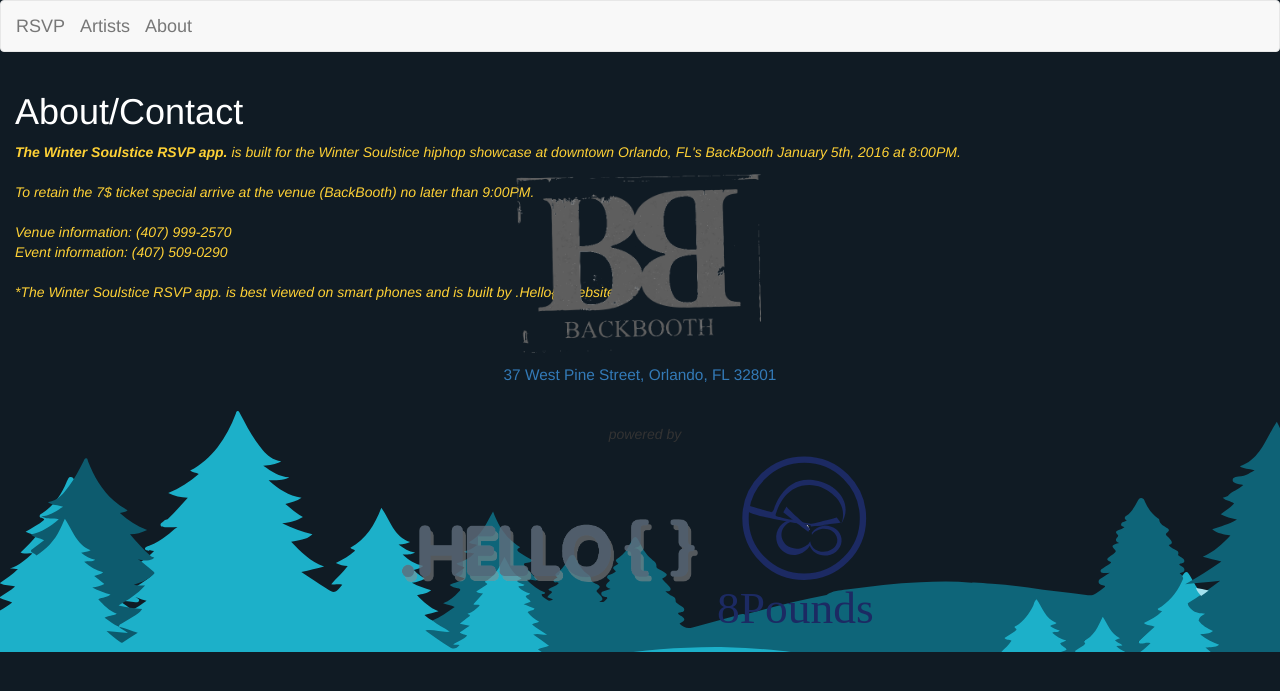
Repository: ptlergo/winter-soulstice
Page: http://localhost/about.php
The author's editor kept a record of every edit. The page is drawn from the files as they stood at one moment, then again after the next edit.
The browser window is 1280 px wide. The pictures show the whole page.
Some web libraries are served in a nearby version. The page is run by PHP 8.4 with error messages shown; the project is at /var/www/html/.

Above is the page before.

### about.php
<!---
	Editor: Patrick Tunga-Lergo
	A .Hello{} Website
	Wintersoulstice
-->

<!DOCTYPE html>
<html lang="en">
	<head>
	  <title>About/Contact Page</title>
	  <?php include 'head.php'; ?>
	</head>

	<body>
		<?php include 'navbar.php'; ?>

		<div class="container-fluid">
			<h1>About/Contact</h1>
			<div><i>
			   <b>The Winter Soulstice RSVP app.</b> is built for the Winter Soulstice hiphop showcase at downtown Orlando, FL's BackBooth
			   January 5th, 2016 at 8:00PM.
			</i></div>
			<br>
			<div><i>
			   To retain the 7$ ticket special arrive at the venue (BackBooth) no later than 9:00PM.
			</i></div>
			<br>
			<div><i>
			   Venue information: (407) 999-2570
			   <br>
			   Event information: (407) 509-0290
			   <br>
			</i></div>
			<br>

			 <div><i>
			   *The Winter Soulstice RSVP app. is best viewed on smart phones and is built by .Hello{} Websites.
			 </i></div>

		</div>

		<?php include 'footer.php'; ?>
    </body>

</html>

### head.php
	  <meta charset="utf-8"/>
	  <meta name="title" content="Winter Soulstice Concert Exclusive RSVPs"/>
	  <meta name="description" content="App. for limited VIP tickets reservations for Winter Soulstice concert at BackBooth."/>
	  <meta/>
	  <meta/>
	  <meta name="viewport" content="width=device-width, initial-scale=1"/>
	  <link rel="image_src" href="../images/ws-favicon.png" />
	  <link rel="stylesheet" href="https://maxcdn.bootstrapcdn.com/bootstrap/3.3.6/css/bootstrap.min.css"/>
	  <link rel="stylesheet" type="text/css" href="../public/css/main.css"/>
	  <script src="https://ajax.googleapis.com/ajax/libs/jquery/1.11.3/jquery.min.js"></script>
	  <script src="http://maxcdn.bootstrapcdn.com/bootstrap/3.3.5/js/bootstrap.min.js"></script>

### navbar.php
		<nav class="navbar navbar-default">
		  <div class="container-fluid">
		    <div class="navbar-header" >
		      <a class="navbar-brand" href="index.php">RSVP</a>
		      <a class="navbar-brand" href="artistspage.php">Artists</a>
		      <a class="navbar-brand" href="about.php">About</a>
		    </div>
		  </div>
		</nav>

### footer.php
			<div class="footer">
				<div class="col-xs-12 col-md-12 f-content">

					<div class="col-xs-10 col-xs-offset-1" style="text-align: center; font-size: 1.1em;">
						<a href="http://backbooth.com/about.php"><img src="images/bbooth.png" alt="bbooth-logo"></img></a>
						<br>
						<a href="https://www.google.com/maps/place/37+W+Pine+St,+Orlando,+FL+32801/@28.5412822,-81.3831335,17z/data=!3m1!4b1!4m2!3m1!1s0x88e77affb29cf695:0x3f4b8030377cb104?hl=en">
							            37 West Pine Street, Orlando, FL 32801</a>
					</div>

					<div class="col-xs-12 col-sm-12 col-md-12" style="text-align: center; margin-top: 3%; margin-bottom:0; padding-bottom:0; ">
						<p style="font-style: italic">powered by<p>
						<a href="#"><img src="images/hello-logo.png" alt="hello-logo"></img></a>&nbsp;&nbsp;&nbsp;
						<a href="https://www.instagram.com/eightpounds/"><img src="images/8lb-avatar.svg" alt="hello-logo" width="15%"></img></a>
					</div>
				</div>
			</div>

### public/css/main.css
/*	Editor: Patrick Tunga-Lergo
	A .Hello{} Website
	Wintersoulstice
*/

/*.modal-dialog {*/
/*    width: 400px;*/
/*}*/

.form-horizontal
{
    margin-top: 1%;
}

.input-md, .input-lg
{
    margin-bottom: 7%;
    border: solid 5px #969696;

}

h1, h2{color: #ffffff;}

i
{
    color: #fed136;
}

h4
{
    margin-top: 10%;
    margin-bottom: 10%;
}

.tickets-select
{
    margin-bottom:10%;
    size: 30%;
    color: white;
}

p
{
    padding-left: 10px;
}

body
{
    background: #101b24;

}
img[alt="title"]
{
    width: 100%;
    margin-top:15%;
    margin-bottom:0%;
}

img[alt="bbooth-logo"]
{
    max-width: 25%;
}

img[alt="hello-logo"]
{
    max-width: 25%;
    margin-top:0%;
    padding-top: 0%;
}

img[alt="8lb-logo"]
{
    max-width: 25%;
    width: 10%;
    margin-top:0%;
    padding-top: 0%;
}

header
{
    margin-bottom:10%;
}

.footer
{
    background: url('/images/winter-footer.svg');
    background-size: 100%;
    position:relative;
    height: 350px;
    background-repeat:no-repeat;
}

.f-content
{
    position: absolute;
    bottom:0px;

}

/*SNOW ANIMATION*/
#snowflakeContainer {
    position: absolute;
    left: 0px;
    top: 0px;

}
@media screen and (min-width: 768px) {
  /*DESKTOP CENTERED*/
  #snowflakeContainer {
      position: absolute;
      margin: 0 auto;
      left: 15%;
      top: 0px;
      width: 30%;
      right: 15%;
  }
}
.snowflake {
    padding-left: 15px;
    font-family: Cambria, Georgia, serif;
    font-size: 4px;
    line-height: 24px;
    position: fixed;
    color: #FFFFFF;
    user-select: none;
    z-index: -1000;
}
.snowflake:hover {
    cursor: default;
}

### images/8lb-avatar.svg
<?xml version="1.0" encoding="utf-8"?>
<!-- Generator: Adobe Illustrator 21.0.0, SVG Export Plug-In . SVG Version: 6.00 Build 0)  -->
<svg version="1.1" xmlns="http://www.w3.org/2000/svg" xmlns:xlink="http://www.w3.org/1999/xlink" x="0px" y="0px"
	 viewBox="0 0 192.1 198.9" style="enable-background:new 0 0 192.1 198.9;" xml:space="preserve">
<style type="text/css">
	.st0{enable-background:new    ;}
	.st1{fill:#FFFFFF;}
	.st2{fill:none;stroke:#FFFFFF;stroke-width:6.7432;stroke-miterlimit:10;}
	.st3{fill:#494949;stroke:#FFFFFF;stroke-width:0.5619;stroke-miterlimit:10;}
	.st4{fill:#1C2A63;}
	.st5{fill:none;stroke:#1C2A63;stroke-width:6.7432;stroke-miterlimit:10;}
	.st6{font-family:'Futura-Medium';}
	.st7{font-size:47.9859px;}
</style>
<g id="Layer_1">
	<g>
		<text transform="matrix(1 0 0 1 598.778 -143.1251)" class="st1 st6 st7">8Pounds</text>
		<g>
			<circle class="st2" cx="510.3" cy="-155.3" r="62"/>
			<path class="st3" d="M515.1-143.1c0.1-0.1,0.2-0.2,0.2-0.3c-0.3-1.5-0.8-2.9-1.6-4.3l-0.7-0.5C514-146.7,514.7-145,515.1-143.1z"
				/>
			<g>
				<path class="st1" d="M496.8-154c-10.3,1.5-17.5,11.1-16,21.4c1.5,10.3,11.1,17.5,21.4,16c6-0.9,11-4.5,13.8-9.4
					c2.6,6.9,10.3,11.3,18.6,10.1c9.5-1.4,16.1-9.4,14.9-18c-1.2-8.6-9.9-14.4-19.4-13.1c-5,0.7-9.3,3.4-12,7
					c0.2,0.8,0.2,1.6,0.2,2.5c0.6-1,1.5-1.9,2.3-2.8c1.9-1.7,4.2-2.6,6.6-3.3c2.6-0.7,5.3-0.7,7.9,0.1c0.7,0.2,1.4,0.3,2.1,0.5
					c2.1,1.1,4.1,2.2,5.5,4.1c2.8,3.8,3.3,7.8,1.1,12.1c-0.8,1.5-1.8,2.7-3.2,3.7c-1.7,1.3-3.6,2.3-5.7,2.8
					c-3.3,0.7-6.5,0.8-9.7-0.4c-1.6-0.6-3.2-1.1-4.4-2.2c-0.4-0.4-0.9-0.8-1.2-1.2c-0.2-0.3-0.4-0.6-0.7-0.9
					c-0.9-1.2-1.5-2.4-1.9-3.6c-0.2-0.8-0.4-1.5-0.5-2.3c-0.4,0.8-0.9,1.6-1.5,2.3c-0.5,0.7-1.2,1.3-1.9,1.8
					c-1.9,1.5-3.9,2.7-6.3,3.2c-3.6,0.8-7.2,0.9-10.7-0.6c-1.7-0.7-3.5-1.3-5-2.7c-0.5-0.5-1-0.9-1.4-1.5c-0.2-0.4-0.5-0.8-0.8-1.1
					c-3.2-4.7-3.6-9.7-1.1-14.8c0.7-1.4,1.8-2.5,2.7-3.6c2.1-2,4.6-3.1,7.3-3.8c2.8-0.7,5.5-0.7,8.3,0.1"/>
				<path class="st1" d="M448.2-169.7c0,0,26.4,8.1,27.3,8c0,0,1.7,0.5,3.3-4.3c0,0,13.4-46.1,58.6-23.9c0,0,28.2,15.2,11.1,42.2
					c0,0,7.7-12.5-2.4-26.9c0,0-19-25.2-46.9-11.7c0,0-12.7,6.1-18.8,26.4c0,0-1,2.1,0.5,2.6c0,0,37,9.9,56,10.3
					c0,0-4.4,1.4-20.3-0.8c0,0-45.8-6.1-64-13.6C452.7-161.6,446.3-163.3,448.2-169.7z"/>
				<path class="st1" d="M488.2-161.5c0,0,20.7,16.8,26.5,20.6l1.6-3.6c0,0-21.7-18.5-24.7-23.2L488.2-161.5z"/>
				<path class="st1" d="M517-149.1l0.2,2.8c0,0,29-3.8,31.6-4.1l-4.1-5.5C544.6-155.9,521.5-149.7,517-149.1z"/>
			</g>
			<path class="st3" d="M499.5-131"/>
		</g>
	</g>
	<g>
		<text transform="matrix(1 0 0 1 599.2612 101.5988)" class="st4 st6 st7">8Pounds</text>
		<g>
			<circle class="st5" cx="510.8" cy="89.4" r="62"/>
			<path class="st3" d="M515.6,101.6c0.1-0.1,0.2-0.2,0.2-0.3c-0.3-1.5-0.8-2.9-1.6-4.3l-0.7-0.5C514.5,98,515.2,99.8,515.6,101.6z"
				/>
			<g>
				<path class="st4" d="M497.3,90.7c-10.3,1.5-17.5,11.1-16,21.4c1.5,10.3,11.1,17.5,21.4,16c6-0.9,11-4.5,13.8-9.4
					c2.6,6.9,10.3,11.3,18.6,10.1c9.5-1.4,16.1-9.4,14.9-18c-1.2-8.6-9.9-14.4-19.4-13.1c-5,0.7-9.3,3.4-12,7
					c0.2,0.8,0.2,1.6,0.2,2.5c0.6-1,1.5-1.9,2.3-2.8c1.9-1.7,4.2-2.6,6.6-3.3c2.6-0.7,5.3-0.7,7.9,0.1c0.7,0.2,1.4,0.3,2.1,0.5
					c2.1,1.1,4.1,2.2,5.5,4.1c2.8,3.8,3.3,7.8,1.1,12.1c-0.8,1.5-1.8,2.7-3.2,3.7c-1.7,1.3-3.6,2.3-5.7,2.8
					c-3.3,0.7-6.5,0.8-9.7-0.4c-1.6-0.6-3.2-1.1-4.4-2.2c-0.4-0.4-0.9-0.8-1.2-1.2c-0.2-0.3-0.4-0.6-0.7-0.9
					c-0.9-1.2-1.5-2.4-1.9-3.6c-0.2-0.8-0.4-1.5-0.5-2.3c-0.4,0.8-0.9,1.6-1.5,2.3c-0.5,0.7-1.2,1.3-1.9,1.8
					c-1.9,1.5-3.9,2.7-6.3,3.2c-3.6,0.8-7.2,0.9-10.7-0.6c-1.7-0.7-3.5-1.3-5-2.7c-0.5-0.5-1-0.9-1.4-1.5c-0.2-0.4-0.5-0.8-0.8-1.1
					c-3.2-4.7-3.6-9.7-1.1-14.8c0.7-1.4,1.8-2.5,2.7-3.6c2.1-2,4.6-3.1,7.3-3.8c2.8-0.7,5.5-0.7,8.3,0.1"/>
				<path class="st4" d="M448.7,75c0,0,26.4,8.1,27.3,8c0,0,1.7,0.5,3.3-4.3c0,0,13.4-46.1,58.6-23.9c0,0,28.2,15.2,11.1,42.2
					c0,0,7.7-12.5-2.4-26.9c0,0-19-25.2-46.9-11.7c0,0-12.7,6.1-18.8,26.4c0,0-1,2.1,0.5,2.6c0,0,37,9.9,56,10.3
					c0,0-4.4,1.4-20.3-0.8c0,0-45.8-6.1-64-13.6C453.2,83.2,446.7,81.4,448.7,75z"/>
				<path class="st4" d="M488.7,83.2c0,0,20.7,16.8,26.5,20.6l1.6-3.6c0,0-21.7-18.5-24.7-23.2L488.7,83.2z"/>
				<path class="st4" d="M517.5,95.6l0.2,2.8c0,0,29-3.8,31.6-4.1l-4.1-5.5C545.1,88.9,522,95,517.5,95.6z"/>
			</g>
			<path class="st3" d="M500,113.7"/>
		</g>
	</g>
	<g>
		<text transform="matrix(1 0 0 1 4.2205 179.0522)" class="st4 st6 st7">8Pounds</text>
		<g>
			<circle class="st5" cx="96.3" cy="67.9" r="62"/>
			<path class="st3" d="M101.1,80.1c0.1-0.1,0.2-0.2,0.2-0.3c-0.3-1.5-0.8-2.9-1.6-4.3L99.1,75C100,76.5,100.7,78.3,101.1,80.1z"/>
			<g>
				<path class="st4" d="M82.9,69.2c-10.3,1.5-17.5,11.1-16,21.4c1.5,10.3,11.1,17.5,21.4,16c6-0.9,11-4.5,13.8-9.4
					c2.6,6.9,10.3,11.3,18.6,10.1c9.5-1.4,16.1-9.4,14.9-18c-1.2-8.6-9.9-14.4-19.4-13.1c-5,0.7-9.3,3.4-12,7
					c0.2,0.8,0.2,1.6,0.2,2.5c0.6-1,1.5-1.9,2.3-2.8c1.9-1.7,4.2-2.6,6.6-3.3c2.6-0.7,5.3-0.7,7.9,0.1c0.7,0.2,1.4,0.3,2.1,0.5
					c2.1,1.1,4.1,2.2,5.5,4.1c2.8,3.8,3.3,7.8,1.1,12.1c-0.8,1.5-1.8,2.7-3.2,3.7c-1.7,1.3-3.6,2.3-5.7,2.8
					c-3.3,0.7-6.5,0.8-9.7-0.4c-1.6-0.6-3.2-1.1-4.4-2.2c-0.4-0.4-0.9-0.8-1.2-1.2c-0.2-0.3-0.4-0.6-0.7-0.9
					c-0.9-1.2-1.5-2.4-1.9-3.6c-0.2-0.8-0.4-1.5-0.5-2.3c-0.4,0.8-0.9,1.6-1.5,2.3c-0.5,0.7-1.2,1.3-1.9,1.8
					c-1.9,1.5-3.9,2.7-6.3,3.2c-3.6,0.8-7.2,0.9-10.7-0.6c-1.7-0.7-3.5-1.3-5-2.7c-0.5-0.5-1-0.9-1.4-1.5c-0.2-0.4-0.5-0.8-0.8-1.1
					c-3.2-4.7-3.6-9.7-1.1-14.8c0.7-1.4,1.8-2.5,2.7-3.6c2.1-2,4.6-3.1,7.3-3.8c2.8-0.7,5.5-0.7,8.3,0.1"/>
				<path class="st4" d="M34.2,53.5c0,0,26.4,8.1,27.3,8c0,0,1.7,0.5,3.3-4.3c0,0,13.4-46.1,58.6-23.9c0,0,28.2,15.2,11.1,42.2
					c0,0,7.7-12.5-2.4-26.9c0,0-19-25.2-46.9-11.7c0,0-12.7,6.1-18.8,26.4c0,0-1,2.1,0.5,2.6c0,0,37,9.9,56,10.3
					c0,0-4.4,1.4-20.3-0.8c0,0-45.8-6.1-64-13.6C38.7,61.7,32.3,59.9,34.2,53.5z"/>
				<path class="st4" d="M74.2,61.7c0,0,20.7,16.8,26.5,20.6l1.6-3.6c0,0-21.7-18.5-24.7-23.2L74.2,61.7z"/>
				<path class="st4" d="M103,74.1l0.2,2.8c0,0,29-3.8,31.6-4.1l-4.1-5.5C130.7,67.4,107.5,73.5,103,74.1z"/>
			</g>
			<path class="st3" d="M85.6,92.2"/>
		</g>
	</g>
	<g>
		<text transform="matrix(1 0 0 1 4.2207 -86.9571)" class="st1 st6 st7">8Pounds</text>
		<g>
			<circle class="st2" cx="96.3" cy="-198.1" r="62"/>
			<path class="st3" d="M101.1-185.9c0.1-0.1,0.2-0.2,0.2-0.3c-0.3-1.5-0.8-2.9-1.6-4.3l-0.7-0.5C100-189.5,100.7-187.7,101.1-185.9
				z"/>
			<g>
				<path class="st1" d="M82.9-196.8c-10.3,1.5-17.5,11.1-16,21.4c1.5,10.3,11.1,17.5,21.4,16c6-0.9,11-4.5,13.8-9.4
					c2.6,6.9,10.3,11.3,18.6,10.1c9.5-1.4,16.1-9.4,14.9-18c-1.2-8.6-9.9-14.4-19.4-13.1c-5,0.7-9.3,3.4-12,7
					c0.2,0.8,0.2,1.6,0.2,2.5c0.6-1,1.5-1.9,2.3-2.8c1.9-1.7,4.2-2.6,6.6-3.3c2.6-0.7,5.3-0.7,7.9,0.1c0.7,0.2,1.4,0.3,2.1,0.5
					c2.1,1.1,4.1,2.2,5.5,4.1c2.8,3.8,3.3,7.8,1.1,12.1c-0.8,1.5-1.8,2.7-3.2,3.7c-1.7,1.3-3.6,2.3-5.7,2.8
					c-3.3,0.7-6.5,0.8-9.7-0.4c-1.6-0.6-3.2-1.1-4.4-2.2c-0.4-0.4-0.9-0.8-1.2-1.2c-0.2-0.3-0.4-0.6-0.7-0.9
					c-0.9-1.2-1.5-2.4-1.9-3.6c-0.2-0.8-0.4-1.5-0.5-2.3c-0.4,0.8-0.9,1.6-1.5,2.3c-0.5,0.7-1.2,1.3-1.9,1.8
					c-1.9,1.5-3.9,2.7-6.3,3.2c-3.6,0.8-7.2,0.9-10.7-0.6c-1.7-0.7-3.5-1.3-5-2.7c-0.5-0.5-1-0.9-1.4-1.5c-0.2-0.4-0.5-0.8-0.8-1.1
					c-3.2-4.7-3.6-9.7-1.1-14.8c0.7-1.4,1.8-2.5,2.7-3.6c2.1-2,4.6-3.1,7.3-3.8c2.8-0.7,5.5-0.7,8.3,0.1"/>
				<path class="st1" d="M34.2-212.5c0,0,26.4,8.1,27.3,8c0,0,1.7,0.5,3.3-4.3c0,0,13.4-46.1,58.6-23.9c0,0,28.2,15.2,11.1,42.2
					c0,0,7.7-12.5-2.4-26.9c0,0-19-25.2-46.9-11.7c0,0-12.7,6.1-18.8,26.4c0,0-1,2.1,0.5,2.6c0,0,37,9.9,56,10.3
					c0,0-4.4,1.4-20.3-0.8c0,0-45.8-6.1-64-13.6C38.7-204.3,32.3-206.1,34.2-212.5z"/>
				<path class="st1" d="M74.2-204.3c0,0,20.7,16.8,26.5,20.6l1.6-3.6c0,0-21.7-18.5-24.7-23.2L74.2-204.3z"/>
				<path class="st1" d="M103-191.9l0.2,2.8c0,0,29-3.8,31.6-4.1l-4.1-5.5C130.7-198.6,107.5-192.5,103-191.9z"/>
			</g>
			<path class="st3" d="M85.6-173.8"/>
		</g>
	</g>
</g>
<g id="Layer_2">
</g>
</svg>

Loaded but not shown: images/winter-footer.svg (4957 lines, source omitted)

After the next edit:
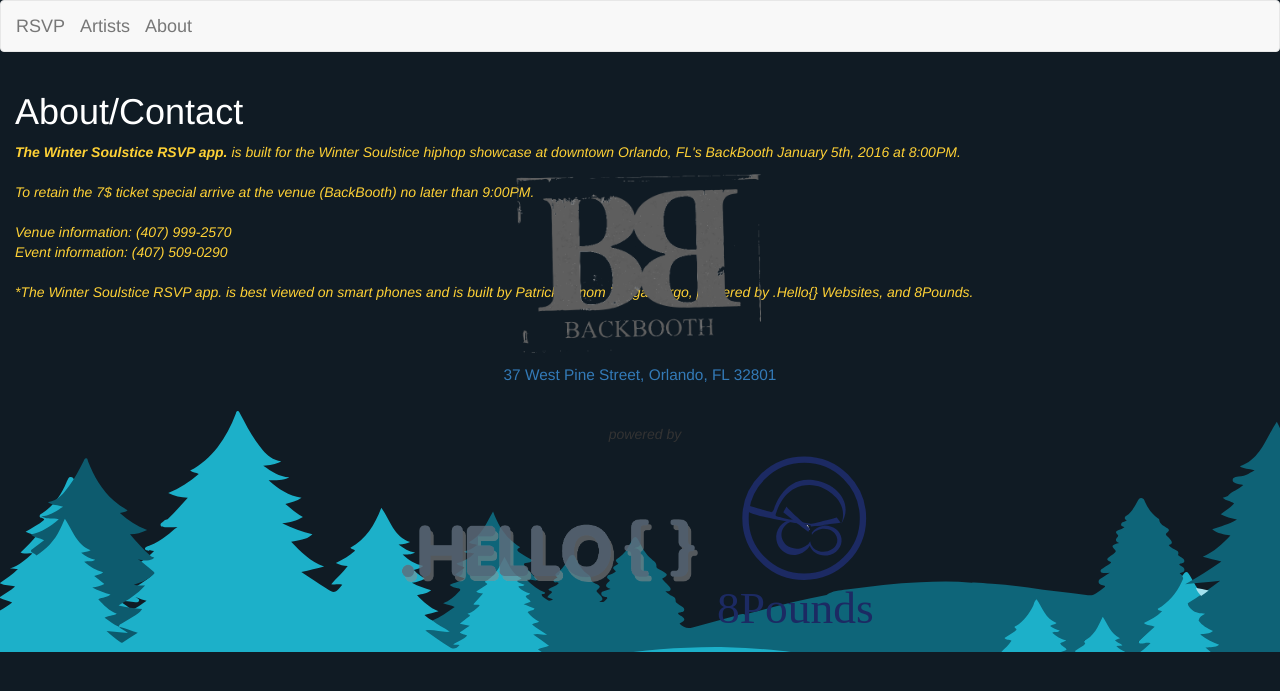
The edit:
--- a/about.php
+++ b/about.php
@@ -34,7 +34,8 @@
 			<br>
 
 			 <div><i>
-			   *The Winter Soulstice RSVP app. is best viewed on smart phones and is built by .Hello{} Websites.
+			   *The Winter Soulstice RSVP app. is best viewed on smart phones and is built by Patrick Funom Tunga-Lergo, powered
+			   by .Hello{} Websites, and 8Pounds.
 			 </i></div>
 
 		</div>
